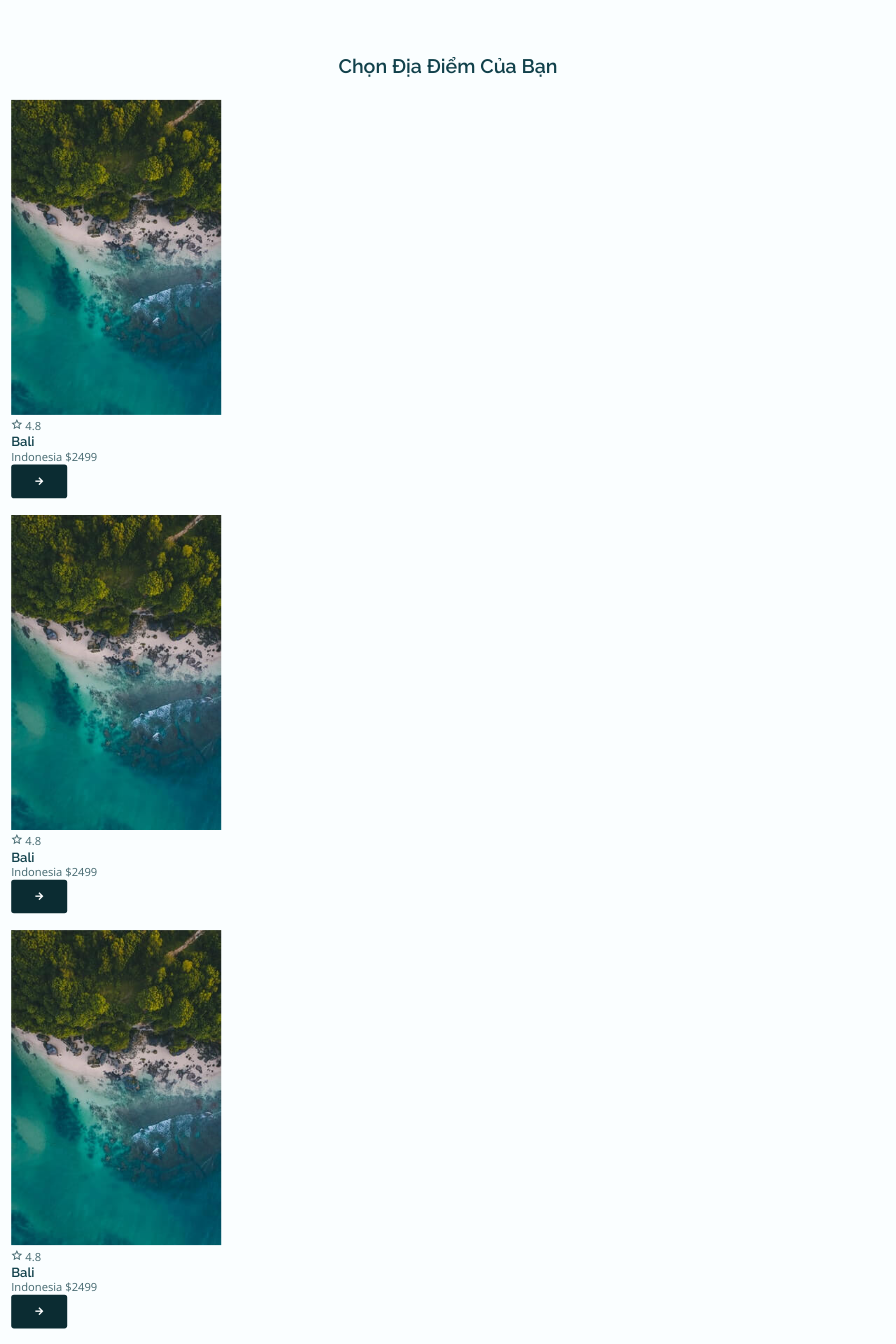
Repository: haokiet2501/travel-demo
Page: index.html
An editor plug-in stored every save of this project. The page is shown before and after the next save, followed by the edit.
The browser window is 1280 px wide. The pictures show the part of the page from y = 2794 to 4714 px (the page is 5918 px tall), at 70% of full size.
A picture or video elsewhere on the page could not be fetched, so the positions and the page height are approximate.

Above is the page before, as saved 2021-09-21 16:36:13.

After the next save:
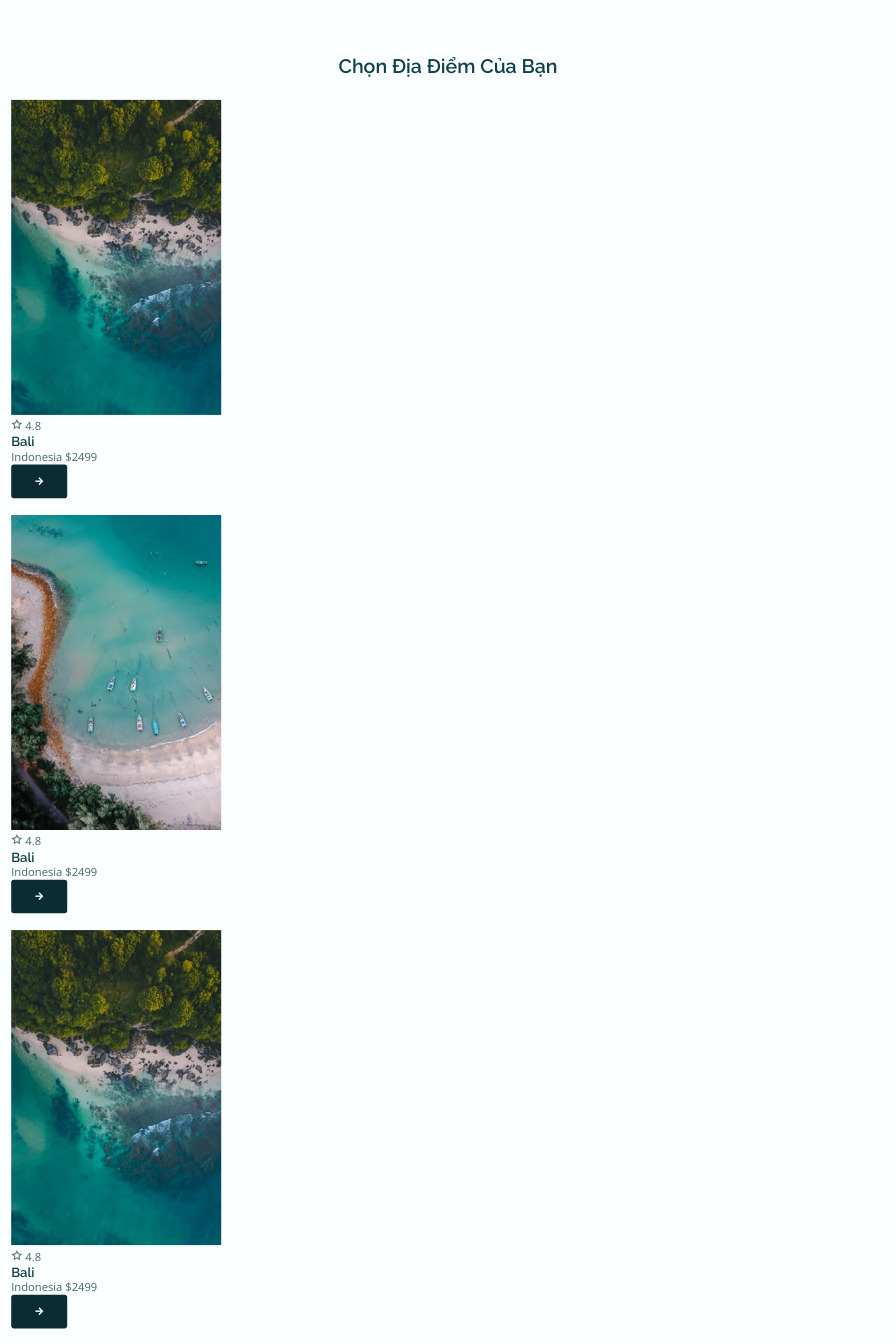
Saved 103 s later.
--- a/index.html
+++ b/index.html
@@ -242,7 +242,7 @@
 
                 <!-- Place card 2 -->
                 <div class="place__card">
-                    <img src="assets/img/place1.jpg" alt="" class="place__img">
+                    <img src="assets/img/place2.jpg" alt="" class="place__img">
 
                     <div class="place__content">
                         <span class="place__rating">
